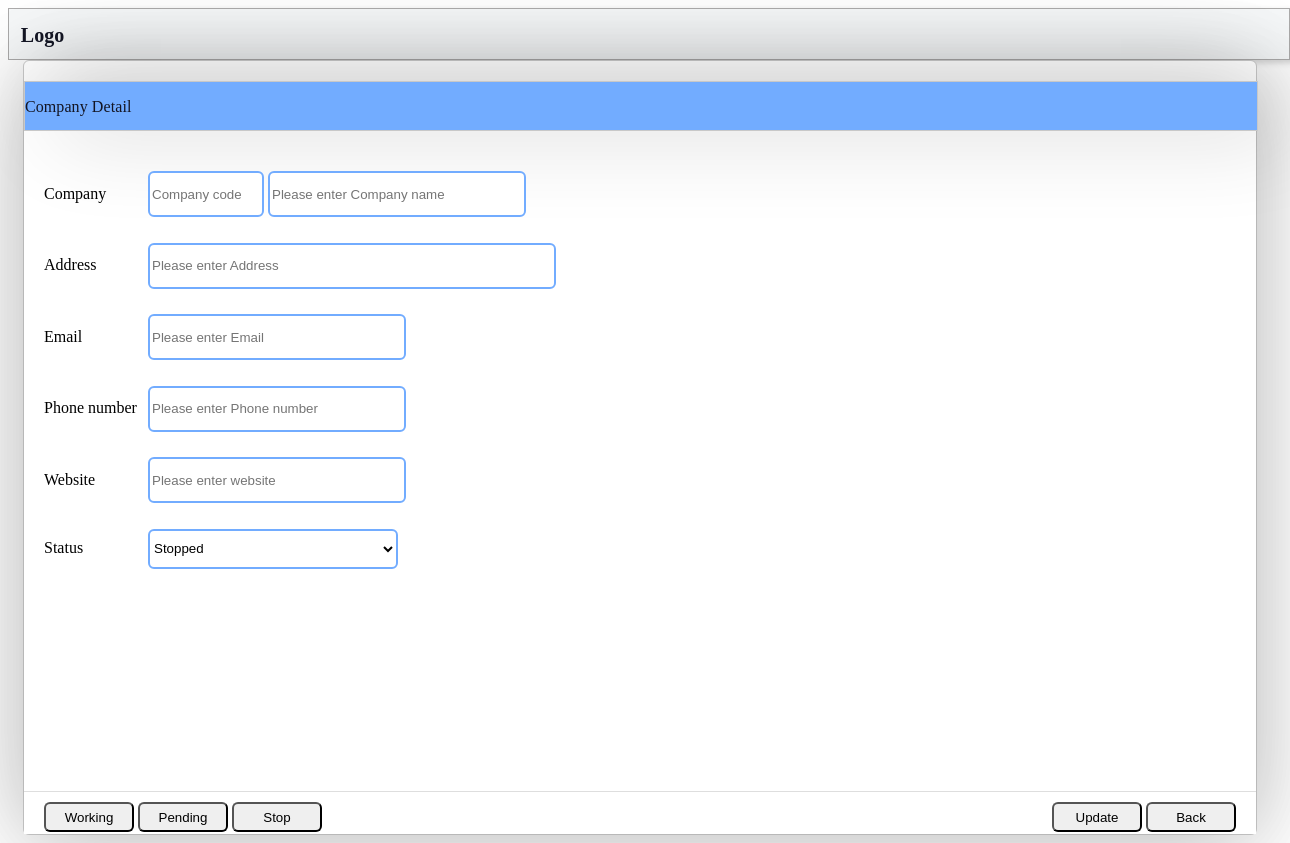
Repository: Zain1409/company
Page: client/html/CompanyDetail.html
The author's editor kept a copy of each file at every save. The page is drawn from the files as they stood at one save, then again after the next save.
The browser window is 1280 px wide. The page is 1290 px wide, so the pictures cover 1290 px, including what lies to the right of the window. The pictures show the whole page.

Above is the page before, as saved 2021-04-04 21:41:49.

After the next save:
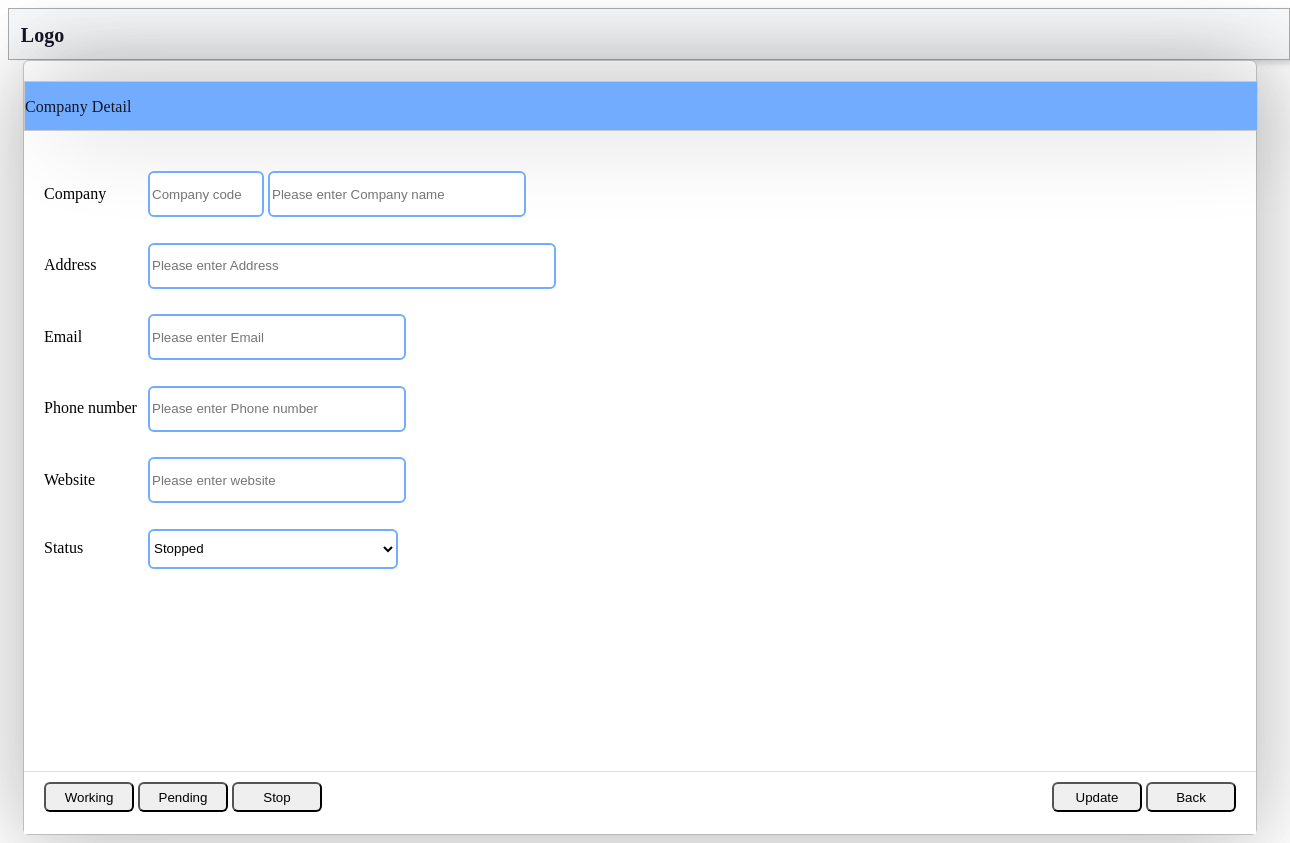
Saved 19 s later.
--- a/client/css/CompanyDetail.css
+++ b/client/css/CompanyDetail.css
@@ -64,7 +64,7 @@
 #form{
     width: 600px;
     float: left;
-    height: 600px;
+    height: 580px;
     margin: 20px;
     padding-top: 20px;
 
